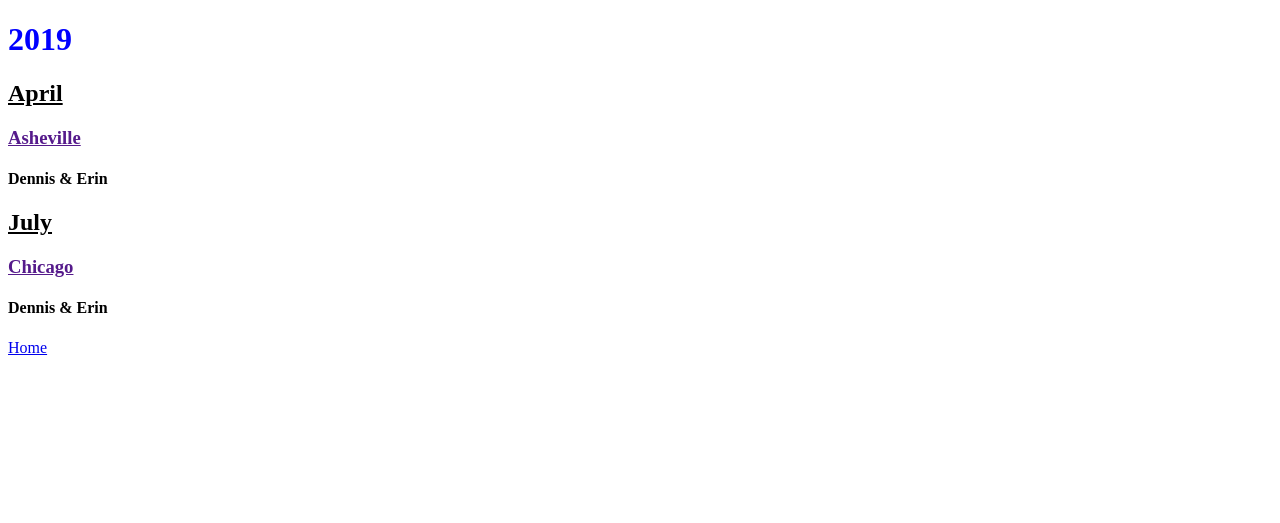
Repository: degookin/GookinTravel
Page: http://localhost/views/years/2019
The author's editor kept a record of every edit. The page is drawn from the files as they stood at one moment, then again after the next edit.
The browser window is 1280 px wide. The pictures show the whole page.
The page is served by the project's Node server (app.js).

Above is the page before.

After the next edit:
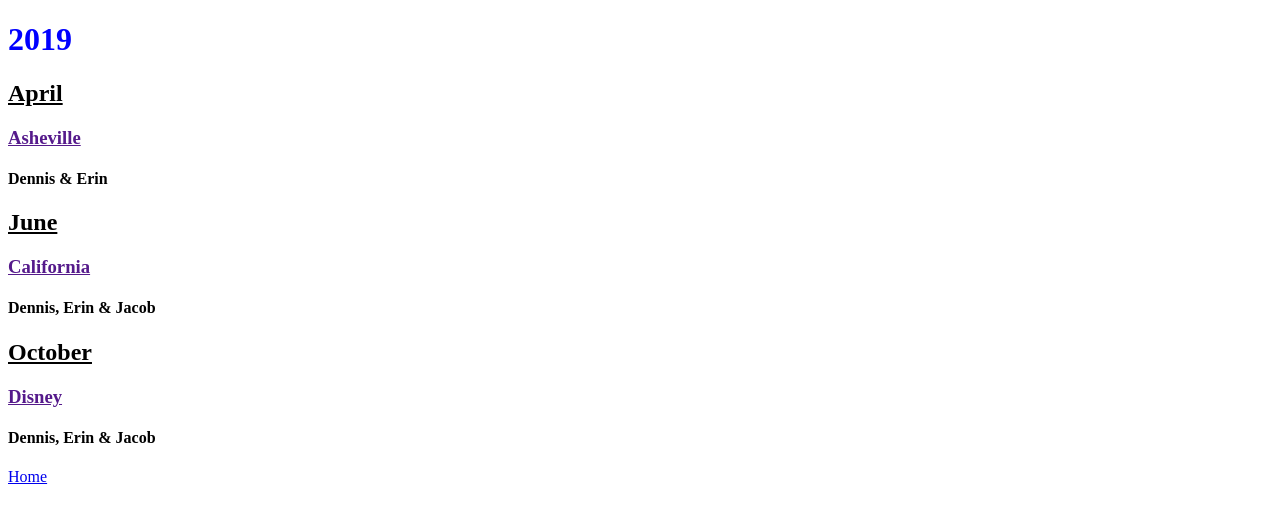
The edit:
--- a/views/years/2019.ejs
+++ b/views/years/2019.ejs
@@ -15,9 +15,13 @@
     <h3> <a href="">Asheville</a></h3>
     <h4>Dennis & Erin</h4>
 
-    <h2>July</h2>
-    <h3> <a href="">Chicago</a> </h3>
-    <h4>Dennis & Erin</h4>
+    <h2>June</h2>
+    <h3> <a href="">California</a> </h3>
+    <h4>Dennis, Erin & Jacob</h4>
+
+    <h2>October</h2>
+    <h3> <a href="">Disney</a> </h3>
+    <h4>Dennis, Erin & Jacob</h4>
 
     <a href="/">Home</a>
 
